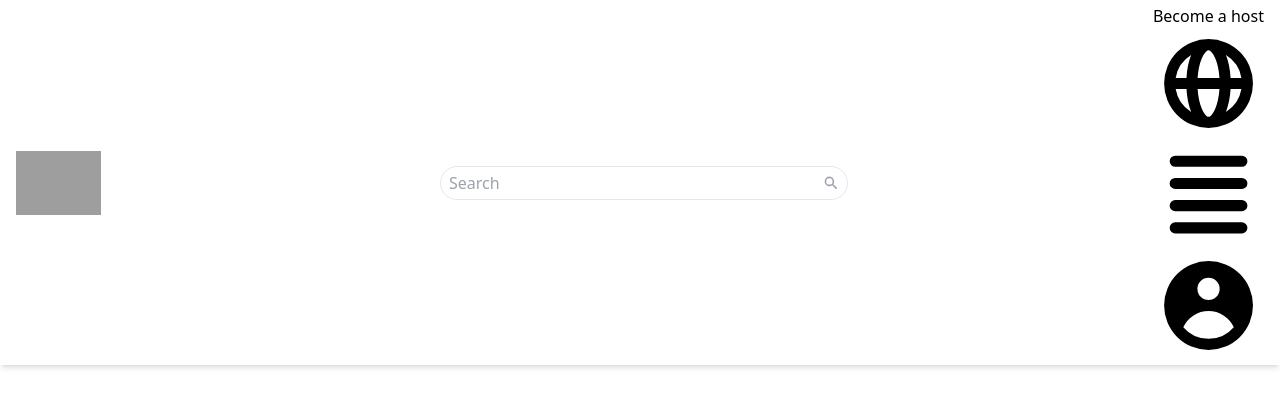
Repository: BroDudeeee/Airbnb-Clone
Page: /
These files come from the project's save history. The page is drawn as it stood at one moment and after the next save; the edit follows.
The browser window is 1280 px wide. The pictures show the whole page.
Pictures or frames that could not be fetched are drawn as grey boxes. The project was rebuilt for these pictures with package versions that can differ from the ones it lists, and the page was loaded fresh each time. The framework's server and built-in components were replaced by stand-ins that run in the browser. Also part of the build but not shown: next.config.js.

Above is the page before, as saved 2022-06-20 20:53:18.

After the next save:
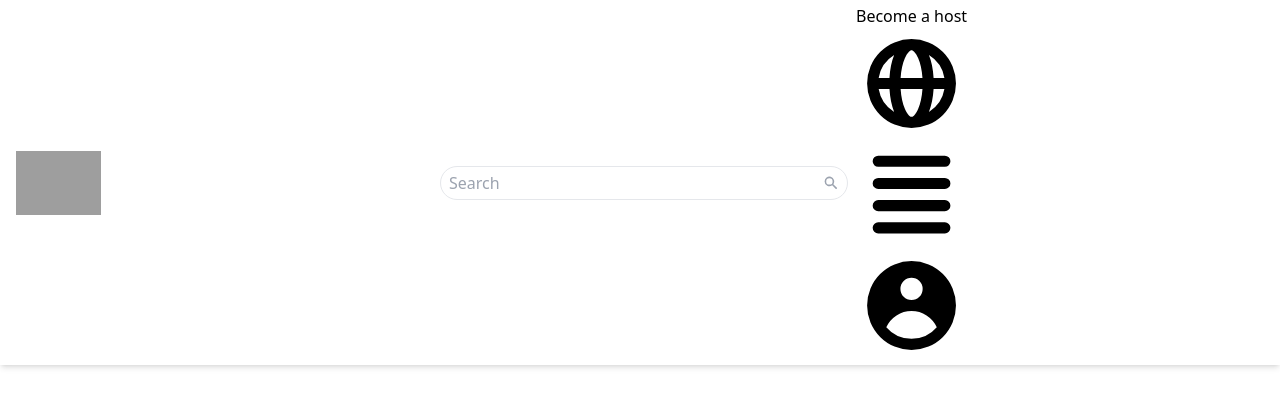
Saved 14 s later.
--- a/components/Header.js
+++ b/components/Header.js
@@ -27,7 +27,7 @@ const Header = () => {
       </div>
 
       {/* Right */}
-      <div className='flex justify-end'>
+      <div className='flex'>
         <div>
           <p>Become a host</p>
           <GlobeAltIcon />
